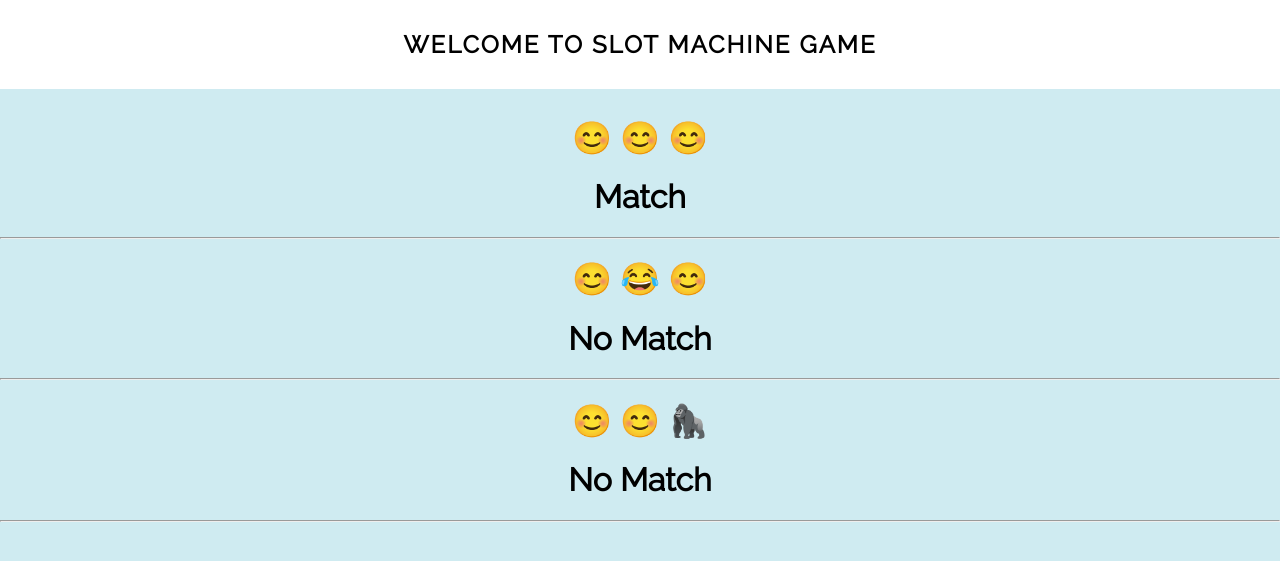
Repository: duggallakshya/slotMachineReact
Page: /
An editor plug-in stored every save of this project. The page is shown before and after a run of saves, followed by the edit.
The browser window is 1280 px wide. The pictures show the whole page.
The project was rebuilt for these pictures with package versions that can differ from the ones it lists, and the page was loaded fresh each time.

Above is the page before, as saved 2022-03-23 00:30:48.

### src/index.js
import React from 'react';
import ReactDOM from 'react-dom';
import './index.css';
import App from './App';

ReactDOM.render(
  <App />,
  document.getElementById('root')
)

### src/index.css
@import url('https://fonts.googleapis.com/css2?family=Raleway&display=swap');
body{
  background-color: rgb(207, 235, 241);
  margin: 0;
  padding: 0;

}

.heading-style{
  padding: 30px 0;
  margin-top: 0px;
  text-align: center;
  font-family:'Raleway', sans-serif;
  text-transform: uppercase;
  font-size: 13px;
  letter-spacing: 2px;
  font-weight: 500;
  background-color: #fff;
  font-size: 1.5rem;
  margin-bottom: 30px;
  font-weight: bold;
}

.slot-inner{
  text-align: center;
  font-family: 'Raleway', sans-serif ;
}
.main-div{
  display
}

### src/App.jsx
import React from 'react';
import SlotMachine from './SlotMachine';

const App = () => {
    return(
        <>
            <h1 className="heading-style"> Welcome to Slot machine game </h1>
            <div className="main-div">
                <SlotMachine x ='😊' y ='😊' z ='😊'/>
                <SlotMachine x ='😊' y ='😂' z ='😊'/>
                <SlotMachine x ='😊' y ='😊' z ='🦍'/>
            </div>
        </>
    )
}

export default App;

### src/SlotMachine.jsx
import React from 'react';

const SlotMachine = (props) => {
    if(props.x===props.y && props.y==props.z){
        return (
            <>
                <div className="slot-inner">

                    <h1> {props.x} {props.y} {props.z} </h1>
                    <h1> Match </h1>
                    <hr/>

                </div>
            </>
        )
    }
    else{
        return (
            <>
                <div className="slot-inner">

                    <h1> {props.x} {props.y} {props.z} </h1>
                    <h1> No Match </h1>
                    <hr/>

                </div>
            </>
        )
    }
}

export default SlotMachine;

Loaded but not shown: public/index.html (common file)

After the next 2 saves:
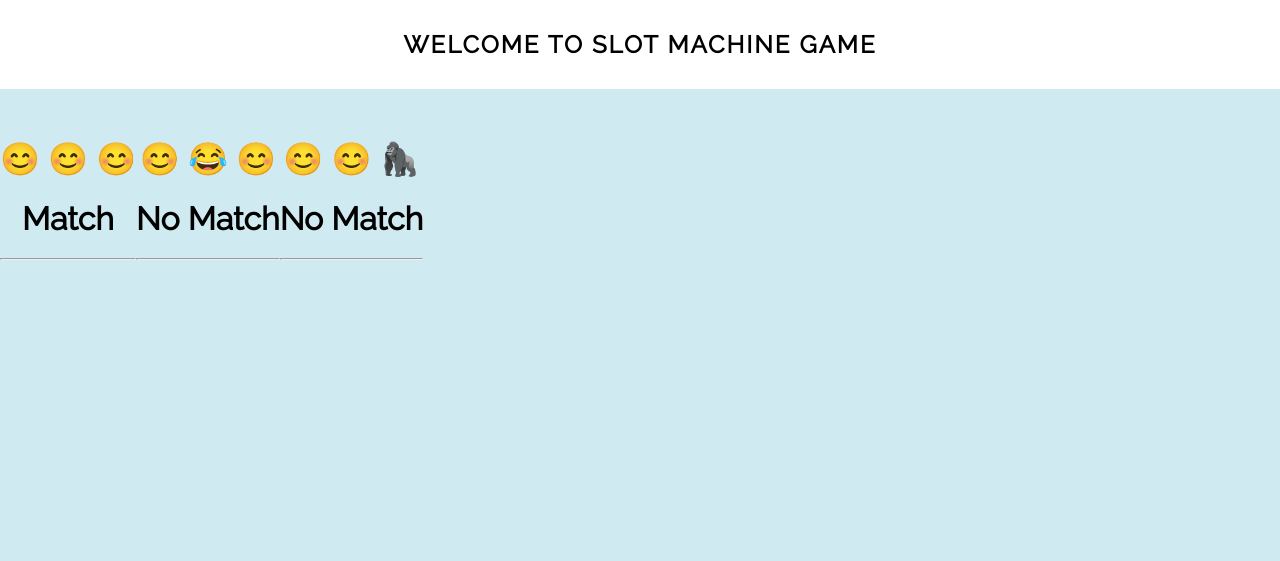
The 2 saves are shown as one change because they came seconds apart.
The last was saved 6 s later.
--- a/src/index.css
+++ b/src/index.css
@@ -26,5 +26,5 @@ body{
   font-family: 'Raleway', sans-serif ;
 }
 .main-div{
-  display
+  display: flex;
 }
